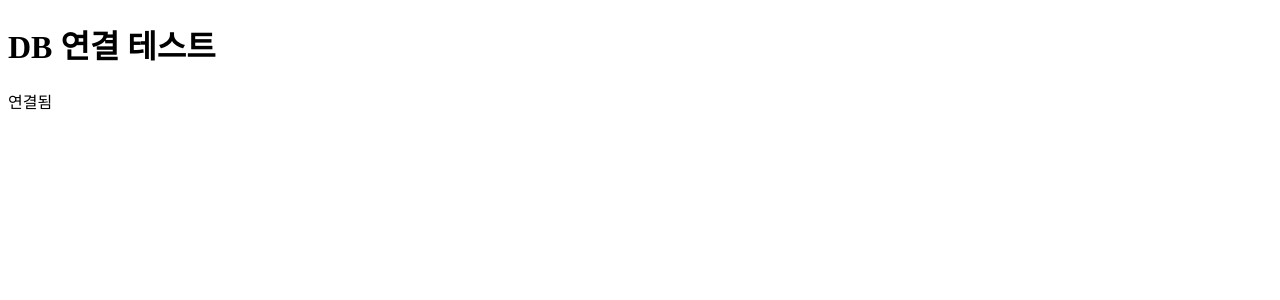
Repository: KuTaeMo/JSP-work
Page: http://localhost/test1/dbtest.jsp
These files come from the project's save history. The page is drawn as it stood at one moment and after the next save; the edit follows.
The browser window is 1280 px wide. The pictures show the whole page.
The page is served by Tomcat 9.

Above is the page before, as saved 2020-12-18 06:29:59.

### test1/WebContent/dbtest.jsp
<%@page import="com.cos.test1.config.DBConn"%>
<%@page import="java.sql.Connection"%>
<%@ page language="java" contentType="text/html; charset=UTF-8"
    pageEncoding="UTF-8"%>
<!DOCTYPE html>
<html>
<head>
<meta charset="UTF-8">
<title>DB 테스트 파일</title>
<h1>DB 연결 테스트</h1>
<%
	Connection conn=DBConn.getConnection();
	if(conn!=null){
%>
		연결됨
<%
	}
%>
</head>
<body>

</body>
</html>

### test1/src/com/cos/test1/config/DBConn.java
package com.cos.test1.config;

import java.sql.Connection;
import java.sql.DriverManager;

public class DBConn {
	public static Connection getConnection() {
		Connection conn = null;
		String url = "jdbc:mysql://localhost:3306/ssar?serverTimezone=Asia/Seoul";
		String username="ssar";
		String password="bitc5600";
		try {
			Class.forName("com.mysql.cj.jdbc.Driver");
			conn = DriverManager.getConnection(url, username, password);

			System.out.println("DB ���Ἲ��");
			return conn;
		} catch (Exception e) {
			e.printStackTrace();
		}
		return null;
	}
}

After the next save:
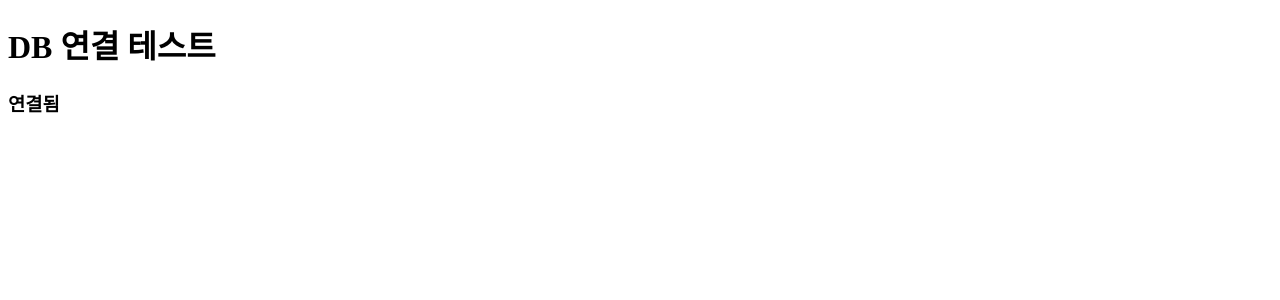
Saved 16 min 0 s later.
--- a/test1/WebContent/dbtest.jsp
+++ b/test1/WebContent/dbtest.jsp
@@ -12,7 +12,7 @@
 	Connection conn=DBConn.getConnection();
 	if(conn!=null){
 %>
-		연결됨
+		<h3>연결됨</h3>
 <%
 	}
 %>
